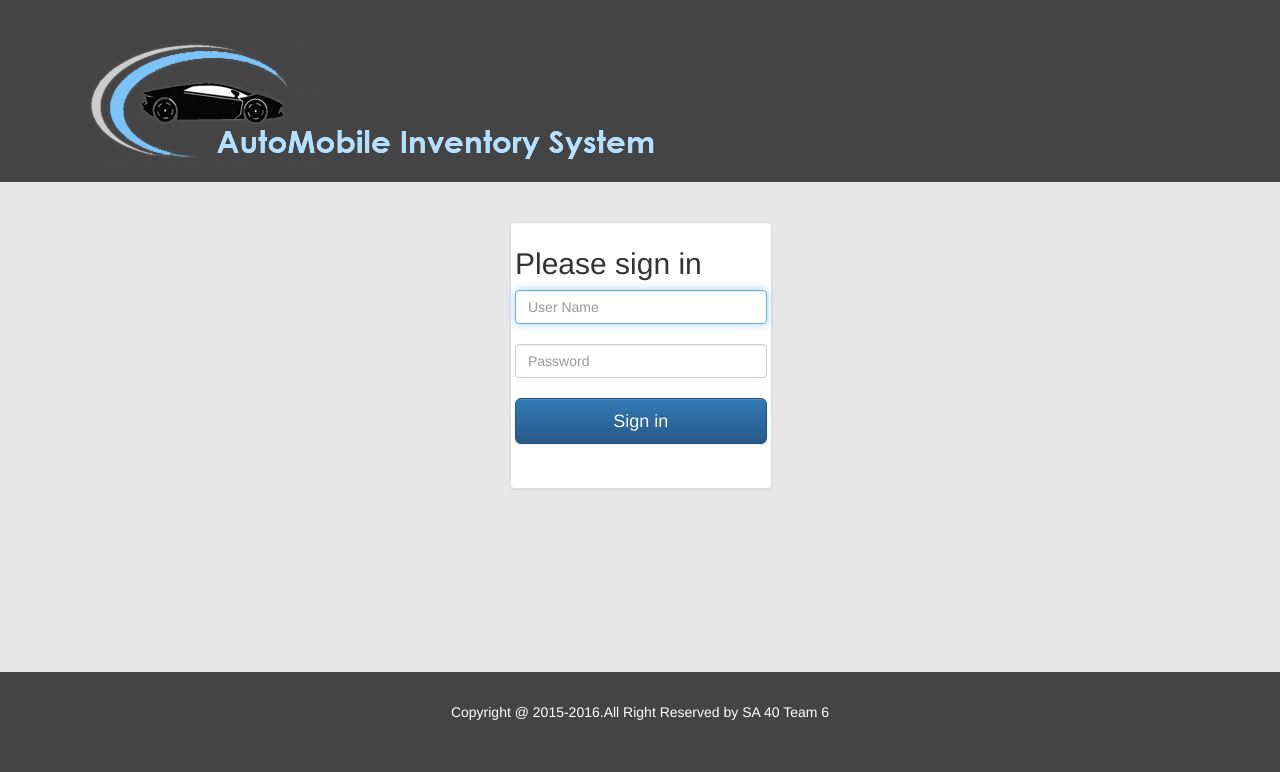
Repository: JiorMajor/InventorySystemWorkspace
Page: http://localhost/InventoryWebSA40Team6/ShowLogin
An editor plug-in stored every save of this project. The page is shown before and after the next save, followed by the edit.
The browser window is 1280 px wide. The pictures show the whole page.
The page is served by Tomcat 9. Other server files are loaded and not shown.

Above is the page before, as saved 2015-06-12 17:44:26.

### InventoryWebSA40Team6/WebContent/WEB-INF/decorators.xml
<?xml version="1.0" encoding="UTF-8"?>
<decorators defaultdir="/decorators">
    <decorator name="basic-theme" page="master-theme.jsp">
        <pattern>/pages/*</pattern>
    </decorator>
</decorators>

### InventoryWebSA40Team6/WebContent/index.jsp
<?xml version="1.0" encoding="UTF-8" ?>
<%@ taglib uri="http://www.opensymphony.com/sitemesh/decorator"
	prefix="decorator"%>
<%@ taglib prefix="c" uri="http://java.sun.com/jsp/jstl/core"%>
<html xmlns="http://www.w3.org/1999/xhtml">
<head>

<meta charset="utf-8">
<meta http-equiv="X-UA-Compatible" content="IE=edge">
<meta name="viewport" content="width=device-width, initial-scale=1">
<title>SitemeshDemo</title>
<!-- Bootstrap -->
<link href="bootstrap/css/bootstrap.min.css" type="text/css" rel="stylesheet" />
<link href="bootstrap/css/bootstrap-theme.min.css" type="text/css" rel="stylesheet" />
<link href="bootstrap/css/style.css" type="text/css" rel="stylesheet" />
<script type="text/javascript" src="bootstrap/js/jquery-1.11.3.min.js"></script>
<script type="text/javascript" src="bootstrap/js/bootstrap.min.js"></script>
<script type="text/javascript" src="bootstrap/js/modal.js"></script>
</head>
<body>
	<div class="header">
		<div class="container">
			<div class="row ">
				<div class="col-lg-12">
					<a href="#"><img src='images/3.png'></a>
				</div>
			</div>
		</div>
	</div><!-- End header -->

	<div class="container" style="height:490px">
	<div class="row">
	<div class="col-md-12 col-sm-12 col-xs-12" >
	<br><br>
	</div>
	</div>
	  <div class="row">
	  <div class="container">
	  <div class="col-md-4 col-sm-4 col-xs-4"></div>
	  <div class="col-md-4 col-sm-4 col-xs-4">
	  <div class="col-md-1"></div>
	  <div class="col-md-10">
	  <div class="thumbnail">
      <form class="form-signin" action="/InventoryWebSA40Team6/ValidateLogin" method=post>
        <h2 class="form-signin-heading">Please sign in</h2>
		<c:if test="${flag==\"false\"}">
			<h3 style="color:red">Login unsuccessful!</h3>
		</c:if>
        <label for="inputEmail" class="sr-only">Email address</label>
        <input type="text" id="inputEmail" class="form-control" placeholder="User Name" name="name" required autofocus>
        <br>
        <label for="inputPassword" class="sr-only">Password</label>
        <input type="password" id="inputPassword" class="form-control" placeholder="Password" name="password" required>
        <br>
        <button class="btn btn-lg btn-primary btn-block" type="submit">Sign in</button>
        <br><br>
      </form>
      </div>
      </div>
      <div class="col-md-1"></div>

      <div class="col-md-4"></div>
      </div>
      </div>
      </div>
    </div> <!-- /container -->

		<div class="footer">
	<div class="container">
			<div class="row">
				<div class="col-lg-12">
					<center><p>Copyright @ 2015-2016.All Right Reserved by SA 40 Team 6</p></center>
				</div>
			</div>
		</div>

	</div>
</body>
</html>

### InventoryWebSA40Team6/src/controller/ShowLogin.java
package controller;

import java.io.IOException;

import javax.servlet.RequestDispatcher;
import javax.servlet.ServletException;
import javax.servlet.annotation.WebServlet;
import javax.servlet.http.HttpServlet;
import javax.servlet.http.HttpServletRequest;
import javax.servlet.http.HttpServletResponse;

/**
 * Servlet implementation class ShowLogin
 */
@WebServlet("/ShowLogin")
public class ShowLogin extends HttpServlet {
	private static final long serialVersionUID = 1L;

    /**
     * @see HttpServlet#HttpServlet()
     */
    public ShowLogin() {
        super();
        // TODO Auto-generated constructor stub
    }

	/**
	 * @see HttpServlet#doGet(HttpServletRequest request, HttpServletResponse response)
	 */
	protected void doGet(HttpServletRequest request, HttpServletResponse response) throws ServletException, IOException {
		// TODO Auto-generated method stub
		RequestDispatcher rd = request.getRequestDispatcher("/index.jsp");
		rd.forward(request, response);
	}

	/**
	 * @see HttpServlet#doPost(HttpServletRequest request, HttpServletResponse response)
	 */
	protected void doPost(HttpServletRequest request, HttpServletResponse response) throws ServletException, IOException {
		// TODO Auto-generated method stub
	}

}

### InventoryWebSA40Team6/WebContent/bootstrap/css/style.css
@CHARSET "UTF-8";
*{
	margin:0 auto;
	padding:0 auto;
}
body{
	background:#e7e7e7;
}

.header{
	padding:30px 0 ;
	border:1px solid #ccc;
    padding: 10px 0;
    width: 100%;
    background:#444;
    border:0;
    margin:0;

}
.header img{border:0;}
.menu{
	background: #ccc;
	box-shadow:2px -1px 13px #333;

}
.footer{
	background:#444;
	padding:30px 0;
	width:100%;
	height:100px;
}
p{
	color:#fff;
}
img{
	border:1px solid #ccc;
}
.main{
	padding-top:30px;
	padding-bottom:30px;
}
.main p{
	color:#333;
}
.navbar-default{
	color:none;
	border:none;
	box-shadow:none;
}
.navbar{margin-bottom:0;}
.navbar-header{
	background:none;
	color:#fff;
}
a.navbar-brand{
	color:none;
	padding-left:0;
	padding-right: 70px;
}
.navbar-default{
	background:none;
	padding:0;
}
.navbar-default .navbar-brand{color:#444;}

h1{padding-bottom:30px;}*/

select{
	width:100%;
	padding-top:10px;
	padding-bottom:4px;

}
/*
table{
	width:100%;

}

table tr td{
	border:1px solid #ccc;
	padding:5px;
	text-algin:center;

}
table form input{
	width:50%;
}
table tr td input{
	margin:5px;

}

table tr.title{
	font-weight: bold;
	font-size:16px;

}*/

.button{
	margin-top:20px;
	float:right;
}
hr{border-color:rgb(204,204,204);}

.imp{
	color:red;
	font-weight: bold;
	font-size:16px;
}
h4.success{
	color:green;
	background:#f0f0f0;
	border:1px solid #ccc;
	padding:10px;
	margin:0 0 35px;
}

.navbar-default .navbar-nav > li > a{
	color: #333;
    font-size: 15px;

}

.navbar-default .navbar-nav > li > a:focus, .navbar-default .navbar-nav > li > a:hover{
	background: rgb(231,231,231);
}
.dropdown-menu{
	padding-top:0;

}
.dropdown-menu .divider{
	margin:0 0;
	border-bottom: 1px dashed;
	background-color: #ccc;
    height: 0;
}
.dropdown-menu > li > a{
	padding-top:10px;
	padding-bottom:10px;
	color:#ccc;
}
.dropdown-menu{
	background-color: #595959;
	opacity:0.4%;
}
.alert-danger{
	float:left;
	margin-bottom:20px;
	width:100%;
}

.cus{
	margin:20px 0;
}
.navbar-nav .open .dropdown-menu{
	background-color: #ccc;
}
#bs-example-navbar-collapse-1 > ul> li>ul .navbar-nav .open .dropdown-menu {
	background: #ccc;
}

#bs-example-navbar-collapse-1 > ul > li > ul.dropdown-menu{
	background-color:#595959;
	opacity:0.4%;
}
#bs-example-navbar-collapse-1 > ul > li > ul > li> a{
	color:#ccc;
}
#bs-example-navbar-collapse-1 > ul > li > ul > li> a:hover{
	background: rgb(231,231,231);
	color:#333;
}

### InventoryWebSA40Team6/WebContent/bootstrap/js/modal.js
/**
 *
 */
$('#myModal').on('shown.bs.modal', function () {
  $('#myInput').focus()
})

Loaded but not shown: InventoryWebSA40Team6/WebContent/bootstrap/css/bootstrap.min.css (library); InventoryWebSA40Team6/WebContent/bootstrap/css/bootstrap-theme.min.css (library); InventoryWebSA40Team6/WebContent/bootstrap/js/jquery-1.11.3.min.js (library); InventoryWebSA40Team6/WebContent/bootstrap/js/bootstrap.min.js (library)

After the next save:
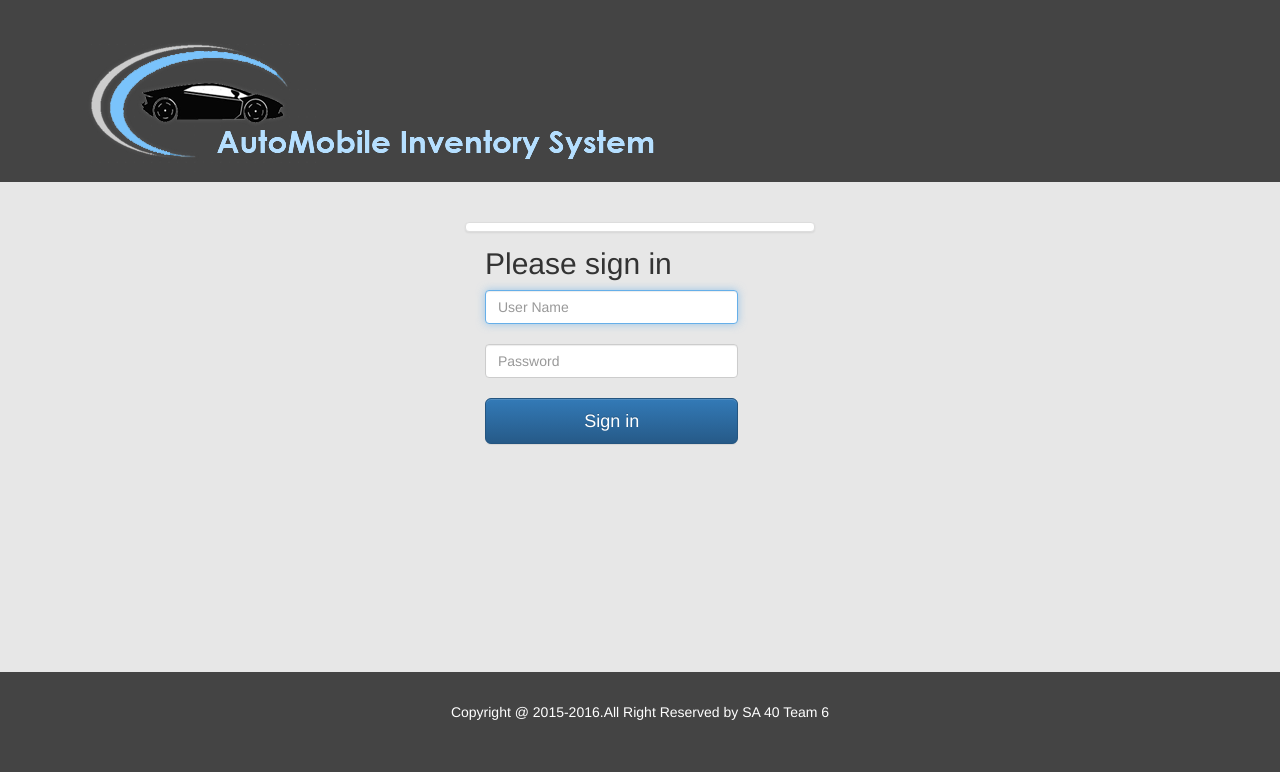
Saved 35 s later.
--- a/InventoryWebSA40Team6/WebContent/index.jsp
+++ b/InventoryWebSA40Team6/WebContent/index.jsp
@@ -39,8 +39,8 @@
 	  <div class="col-md-4 col-sm-4 col-xs-4"></div>
 	  <div class="col-md-4 col-sm-4 col-xs-4">
 	  <div class="col-md-1"></div>
+	  <div class="thumbnail">
 	  <div class="col-md-10">
-	  <div class="thumbnail">
       <form class="form-signin" action="/InventoryWebSA40Team6/ValidateLogin" method=post>
         <h2 class="form-signin-heading">Please sign in</h2>
 		<c:if test="${flag==\"false\"}">
